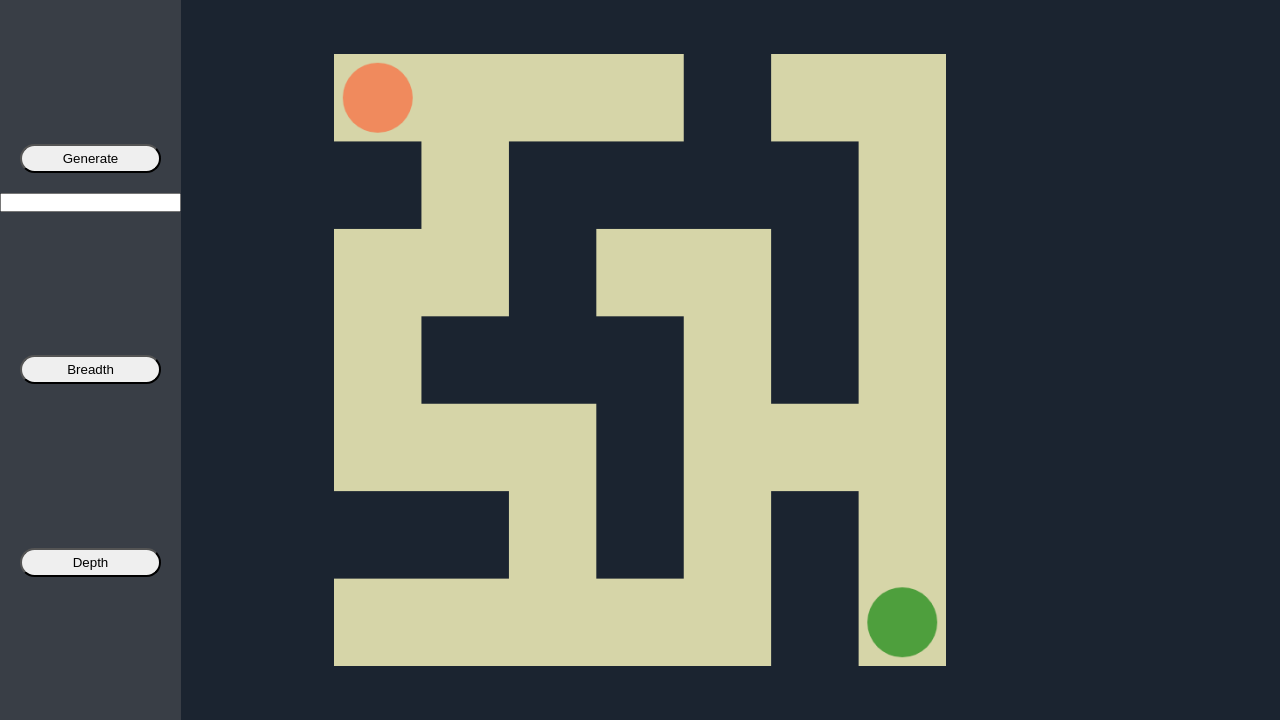
Repository: 2Friendly4You/advanced-maze-solver
Page: index.html
These files come from the project's save history. The page is drawn as it stood at one moment and after the next save; the edit follows.
The browser window is 1280 px wide. The pictures show the whole page.

Above is the page before, as saved 2022-09-20 14:22:11.

After the next save:
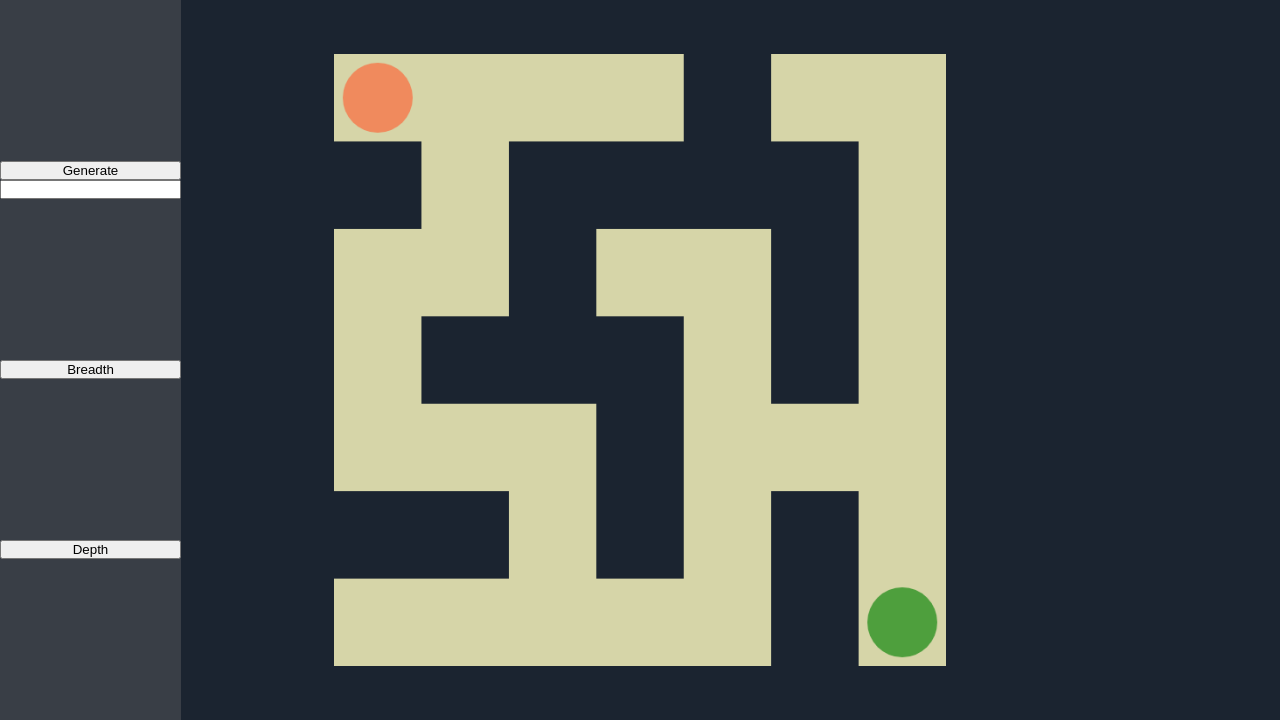
Saved 21 s later.
--- a/styles.css
+++ b/styles.css
@@ -38,7 +38,7 @@
     justify-content: space-evenly;
 }
 
-
+#
 
 button {
     margin: 20px;

After the save that followed:
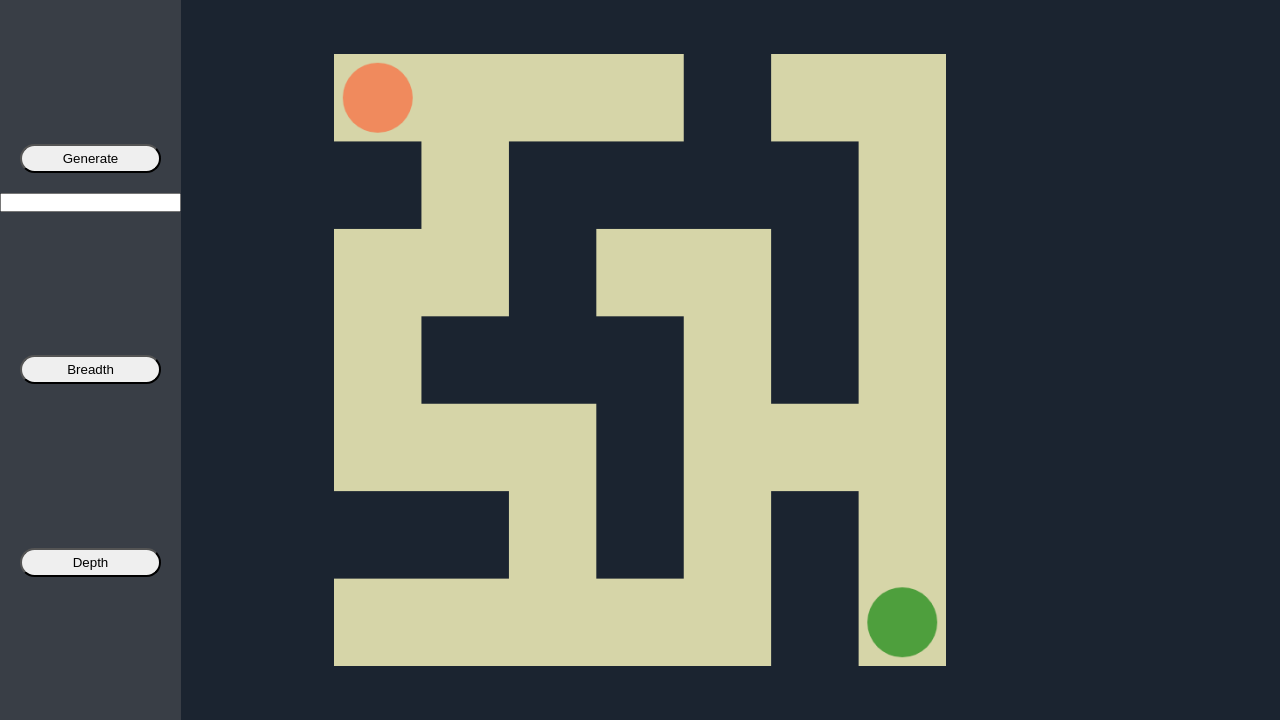
Saved 12 s later.
--- a/styles.css
+++ b/styles.css
@@ -38,7 +38,9 @@
     justify-content: space-evenly;
 }
 
-#
+#generateInput {
+
+}
 
 button {
     margin: 20px;
